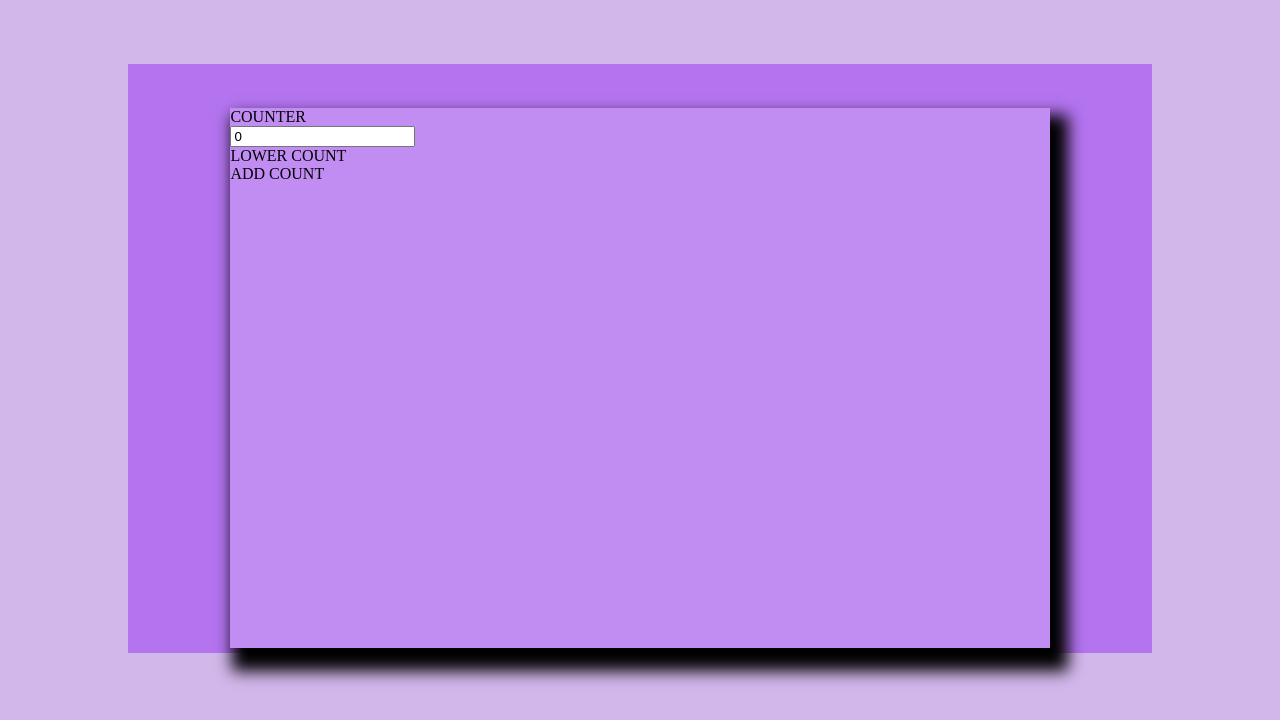
Repository: AnahitKhechumyan/Counter
Page: index.html
These files come from the project's save history. The page is drawn as it stood at one moment and after the next save; the edit follows.
The browser window is 1280 px wide. The pictures show the whole page.

Above is the page before, as saved 2022-02-14 17:08:11.

### index.html
<!DOCTYPE html>
<html lang="en">
<head>
    <meta charset="UTF-8">
    <meta http-equiv="X-UA-Compatible" content="IE=edge">
    <meta name="viewport" content="width=device-width, initial-scale=1.0">
    <link rel="stylesheet" href="style.css">
    <script src= "./script.js"></script>
    <title>Document</title>
</head>
<body>
    <div class="container">
        <div class="main">
            <div class="header">COUNTER</div>
            <div class="count"><input type= "text" value = "0"/></div>
            <div class= "lower">LOWER COUNT</div>
            <div class="add">ADD COUNT</div>
        </div>
    </div>
    <script src= "./script.js"></script>
</body>
</html>

### style.css
body{
    margin: 0;
    background-color: rgb(210, 183, 235);
}
.container{
    background-color: rgb(180, 116, 240);
    width: 80%;
    height: 80vh;
    margin: 5% 10%;
    padding-top: 1%;

}
.main{
    background-color: rgb(194, 141, 243);
    width: 80%;
    height: 75vh;
    margin: 3% 10%;
    box-shadow: 10px 15px 15px 8px;
}

Loaded but not shown: script.js (no copy from this time; the picture is the same without it)

After the next save:
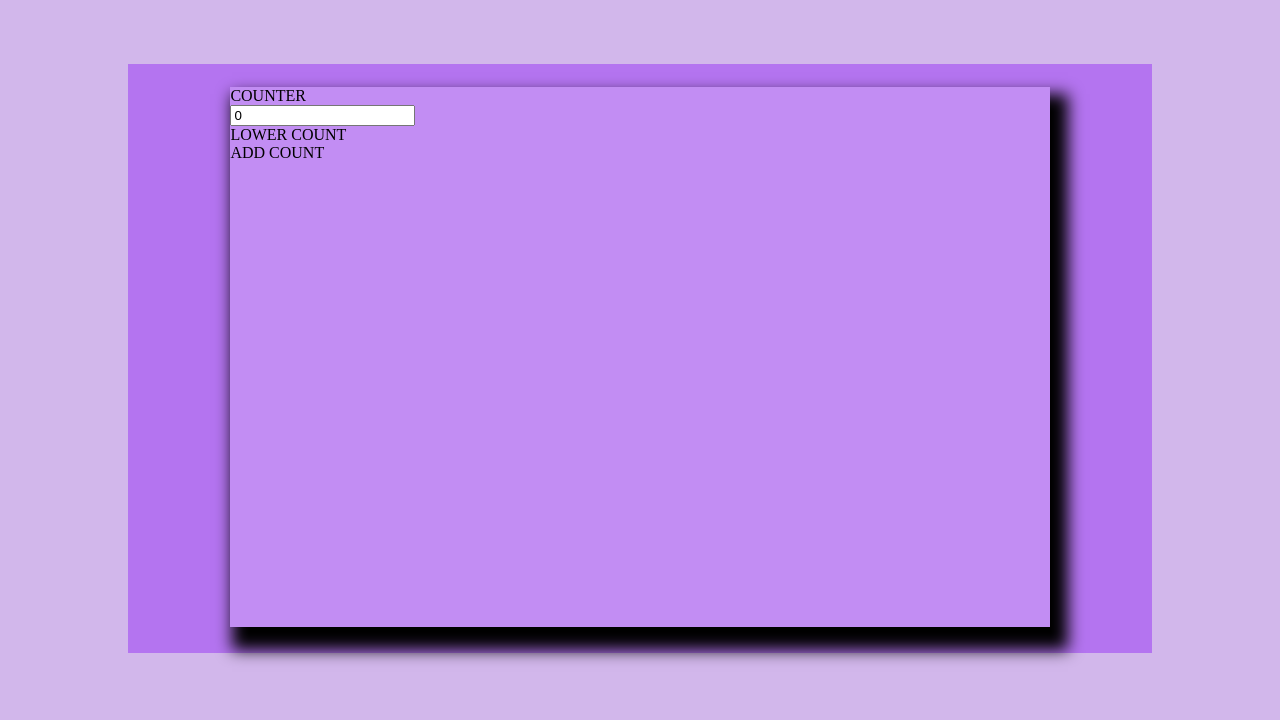
Saved 11 s later.
--- a/style.css
+++ b/style.css
@@ -14,6 +14,6 @@
     background-color: rgb(194, 141, 243);
     width: 80%;
     height: 75vh;
-    margin: 3% 10%;
+    margin: 1% 10%;
     box-shadow: 10px 15px 15px 8px;
 }
